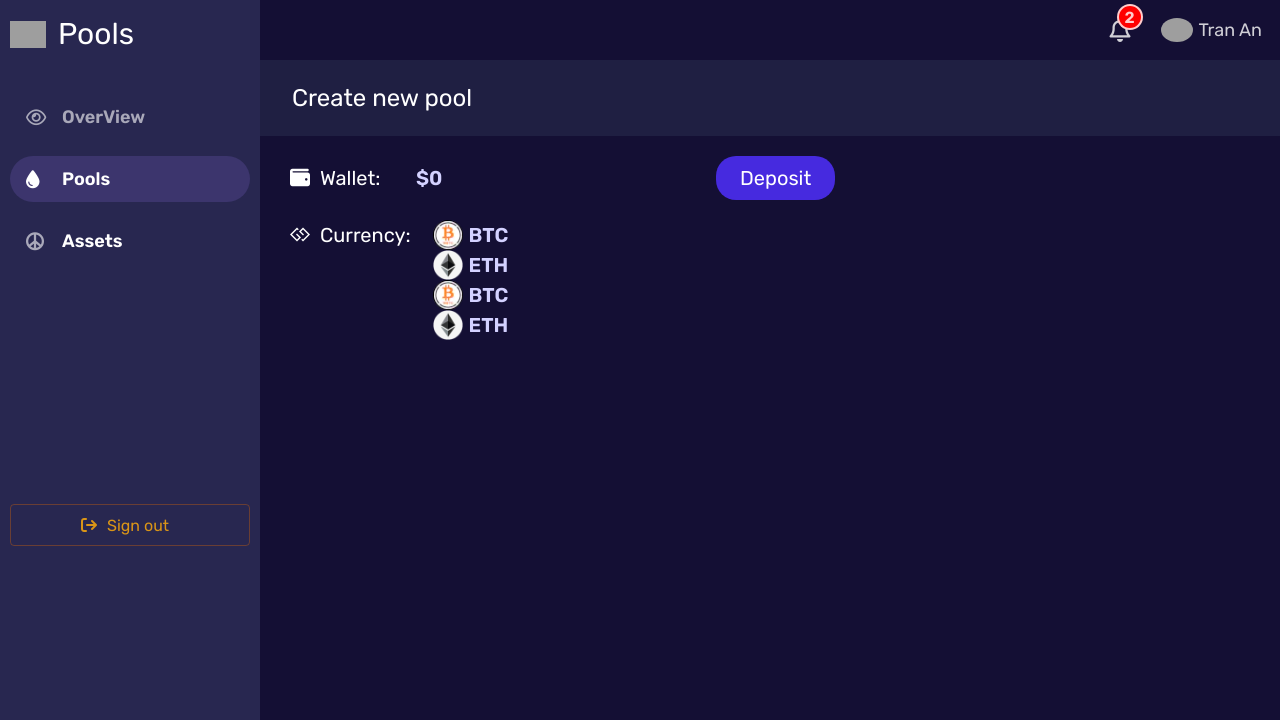
Repository: quynh232000/pools
Page: pool/create-pool.html
The author's editor kept a copy of each file at every save. The page is drawn from the files as they stood at one save, then again after the next save.
The browser window is 1280 px wide. The pictures show the whole page.
Pictures or frames that could not be fetched are drawn as grey boxes.

Above is the page before, as saved 2023-07-14 00:35:23.

### pool/create-pool.html
<!DOCTYPE html>
<html lang="en">
  <head>
    <meta charset="UTF-8" />
    <meta name="viewport" content="width=device-width, initial-scale=1.0" />
    <title>Create Pool</title>

    <link rel="stylesheet" href="../src/css/base.css" />
    <link rel="stylesheet" href="../src/css/style.css" />
    <link rel="stylesheet" href="../src/css/pool.css" />
    <link rel="stylesheet" href="../src/css/create-pool.css" />
    <link
      rel="stylesheet"
      href="https://cdnjs.cloudflare.com/ajax/libs/font-awesome/6.4.0/css/all.min.css"
      integrity="sha512-iecdLmaskl7CVkqkXNQ/ZH/XLlvWZOJyj7Yy7tcenmpD1ypASozpmT/E0iPtmFIB46ZmdtAc9eNBvH0H/ZpiBw=="
      crossorigin="anonymous"
      referrerpolicy="no-referrer"
    />
  </head>
  <body>
    <div class="container">
      <div class="sidebar">
        <div class="sidebar-logo">
          <img src="https://sef-eco.vercel.app/assets/images/logo.png" alt="" />
          <span>Pools</span>
        </div>
        <div class="sidebar-items">
          <div class="sidebar-list">
            <div class="sidebar-item">
              <i class="fa-regular fa-eye"></i>
              <div class="sidebar-item-name">OverView</div>
            </div>
            <div class="sidebar-item sidebar-item-active">
              <i class="fa-solid fa-droplet"></i>
              <a href="/pool.html" class="sidebar-item-name">Pools</a>
            </div>
            <div class="sidebar-item">
              <i class="fa-solid fa-peace"></i>
              <a href="/index.html" class="sidebar-item-name">Assets</a>
            </div>
          </div>

          <div class="sidebar-sign-out">
            <i class="fa-solid fa-arrow-right-from-bracket"></i>
            <div class="sidebar-item-name">Sign out</div>
          </div>
        </div>
      </div>
      <div class="content">
        <div class="header">
          <div class="header-noti">
            <i class="fa-regular fa-bell"></i>
            <div class="header-noti-count">2</div>
          </div>
          <div class="header-user">
            <img
              src="https://static.vecteezy.com/system/resources/previews/002/002/257/original/beautiful-woman-avatar-character-icon-free-vector.jpg"
              alt=""
            />
            <div class="header-user-name">Tran An</div>
          </div>
        </div>
        <!-- body -->
        <div class="content-title">Create new pool</div>
        <div class="create-body">
          <div class="create-item">
            <i class="fa-solid fa-wallet"></i>
            <div class="create-item-title">Wallet:</div>
            <span>$0</span>
            <div class="create-btn">Deposit</div>
          </div>
          <div class="create-item">
            <i class="fa-brands fa-gg"></i>
            <div class="create-item-title">Currency:</div>
            <div class="create-select-type-money">
              <div class="type-money-item">
                <img src="../src/img/btc.png" alt="" />
                <div class="type-money-name">BTC</div>
              </div>
              <div class="type-money-more">
                <div class="type-money-item">
                  <img src="../src/img/eth.png" alt="" />
                  <div class="type-money-name">ETH</div>
                </div>
                <div class="type-money-item">
                  <img src="../src/img/btc.png" alt="" />
                  <div class="type-money-name">BTC</div>
                </div>
                <div class="type-money-item">
                  <img src="../src/img/eth.png" alt="" />
                  <div class="type-money-name">ETH</div>
                </div>
              </div>
            </div>
          </div>
        </div>
      </div>
    </div>
  </body>
</html>

### src/css/base.css
@import url('https://fonts.googleapis.com/css2?family=Rubik:wght@300;400;500;600;700&display=swap');
 :root{
    --primary-color:#fff;
    --text-color:#fff;
    --text-1-color:rgb(211, 209, 255);
    --bg-color:#140f34;
    --bg-item-color:#282750;

 }
*{
    box-sizing: inherit;
}
html,body{
    box-sizing: border-box;
    margin: 0;
    padding: 0;
    font-family: 'Rubik', sans-serif;
    color: var(--text-color);
}
a{
    color: white;
    text-decoration: none;
}

### src/css/style.css
.container{
    width: 100%;
    min-height: 100vh;
    background-color: var(--bg-color);
    display: flex;
}
.sidebar{
    width: 20%;
    min-width: 260px;
    max-width: 400px;
    display: flex;
    flex-direction: column;
    min-height: 100vh;
    background-color: var(--bg-item-color);
}
.sidebar-logo{
    display: flex;
    width: 100%;
    align-items: center;
    padding: 16px 10px;
}
.sidebar-logo img{
    width: 15%;
}
.sidebar-logo span{
    font-size: 30px;
    color: var(--primary-color);
    margin-left: 12px;

}
.sidebar-items{
    padding: 26px 10px;
    display: flex;
    flex-direction: column;
    justify-content: space-between;
    min-height: 70vh;
}
.sidebar-list{

}
.sidebar-item{
    font-size: 18px;
    display: flex;
    align-items: center;
    padding: 12px 16px;
    border-radius: 40px;
    color: rgb(255 255 255/.6);
    margin-bottom: 16px;
    font-weight: 600;
    transition: color .3s;
}
.sidebar-item:hover{
    cursor: pointer;
    color: rgb(255 255 255/.8);
}
.sidebar-item-active{
    background-color:#3c356d ;
    color: var(--text-color);
}
.sidebar-item i{
    min-width: 36px;
}
.sidebar-sign-out{
    display: flex;
    align-items: center;
    color: rgb(218, 149, 23);
    text-align: center;
    border: 1px solid rgba(202, 98, 12,.4);
    justify-content: center;
    padding-right: 10px;
    border-radius: 4px;
    transition: color border .3s;
}
.sidebar-sign-out:hover{
    cursor: pointer;
    color: rgb(253, 166, 5);
    border: 1px solid rgba(202, 98, 12,.5);
}
.sidebar-sign-out i{
    margin-right: 10px;
    padding: 12px 0;
}

.content{
    width: 85%;
    min-height: 100vh;
    /* background-color: var(--bg-color); */
}
.header{
    display: flex;
    justify-content: flex-end;
    padding: 18px;
    color: rgb(255 255 255/.8);
    align-items: center;
}
.header-user{
    display: flex;
    align-items: center;
    font-size: 18px;

}
.header-user img {
    width: 32px;
    border-radius: 50%;
    margin-right: 6px;
}
.header-noti{
    display: flex;
    margin-right: 30px;
    font-size: 20px;
    position: relative;
    font-size: 24px;
}
.header-noti-count{
    width: 26px;
    height: 26px;
    position: absolute;
    top: -14px;
    left: 7px;
    border: 2px solid  rgb(255 255 255/.8);
    text-align: center;
    border-radius: 50%;
    font-size: 16px;
    display: flex;
    align-items: center;
    justify-content: center;
    background-color: var(--bg-color);
    background-color: red;
    font-weight: 600;

}
.content-title{
    background-color: #1f1f42;
    padding: 24px 32px;
    font-size: 24px;
}
.content-list{
    display: flex;
    flex-direction: column;
    align-items: center;
    padding: 0 40px;
}
.content-list-body{
    width: 100%;
    margin-top: 20px;

}
.content-nav{
    width: 100%;
    display: flex;
    justify-content: space-between;
    padding: 12px 26px;
    margin: 10px 0;
    transition: background-color .2s ;
}
.content-nav:hover{
    background-color: #2d2d44;
}
.nav-left{
    width: 50%;
    display: flex;
    align-items: center;
    justify-content: space-between;
    font-size: 22px;

}
.nav-left-info{
    display: flex;
    align-items: center;
}
.nav-left-info img{
    width: 32px;
    margin-right: 8px;
}
.nav-left-name{
    font-size: 22px;
}
.nav-left-balance{
    display: flex;
    flex-direction: column;
    align-items: center;
    flex: 1;
}
.nav-left-balance span:nth-child(2){
    font-size: 20px;
    color: #a8a8a8;
}


.nav-right{
    width: 40%;
    display: flex;
    justify-content: space-between;
    align-items: center;
    color: #b3b1fd;
}
.nav-right span{
    transition: color .3s;
}
.nav-right span i{
    font-size: 16px !important;
    margin-left: 4px;
}
.nav-right span:hover{
    color:#f8c2b0;
    cursor: pointer;
}
.nav-text{
    color: #b3b1fd;
    font-size: 20px;
}
.nav-right .nav-tex:hover{
    color: #b3b1fd !important;
    cursor: no-drop;
}

### src/css/pool.css
.p-content-body{
    width: 100%;
    display: flex;
    flex-wrap: wrap;
    padding: 20px 10px;
}
.content-item-wrapper{
    width: 33.333%;
    padding: 10px ;
}
.p-content-item{
    border-radius: 6px;
    background-color: var(--bg-item-color);
    padding: 14px;
    transition: background-color .3s ease;
}
.p-content-item:hover{
    background-color: #2e2e60;
}
.p-content-item-top{
    display: flex;
    align-items:flex-start;

}
.p-content-item-img{
    margin-right: 6px;
}
.p-content-item-top-info{
    display: flex;
    flex-direction: column;
}
.p-content-item-top-info span{
    padding-top: 4px;
}
.p-content-item-top-info p{
    margin: 4px 0 10px 0;
    color: #a7a3a3;
}
.p-content-item-bottom{
    display: flex;
}
.p-item-type{
    margin-right: 10px;
    padding: 0 8px;
    text-align: center;
}
.p-item-type:first-child{
    border-right: 1px solid gray;
    padding-right: 16px;
}
.p-item-type span{
    font-size: 14px;
    color: #a7a3a3;
    /* font-weight: 600; */
}
.p-item-type p{
    margin: 0;
}
.add-pool{
    display: flex;
    flex-direction: column;
    align-items: center;
    font-size: 20px;
    min-height: 122px;
    justify-content: center;
}
.add-pool i{
    font-size: 26px;
    margin-bottom: 6px;
}

### src/css/create-pool.css
.create-body{
    width: 100%;
    display: flex;
    flex-direction: column;
    padding: 20px 30px;
}
.create-item{
    display: flex;
    font-size: 20px;
    align-items: center;
    margin-bottom: 20px;
}
.create-item-title{
    margin: 0 16px 0 10px;
    min-width: 80px;

}
.create-item span{
    color: var(--text-1-color);
    min-width: 300px;
    font-weight: 600;
}
.create-btn{
    background-color: rgb(70, 42, 223);
    padding: 10px 24px;
    border-radius: 20px;
    display: flex;
    justify-content: center;
    align-items: center;
    transition: background-color .3s ease;
}
.create-btn:hover{
    background-color: #6a67ea;
    cursor: pointer;
}
.create-select-type-money{
    position: relative;
    margin-left: 6px;
}
.type-money-item{
    display: flex;
    align-items: center;
}
.type-money-item img{
    width: 30px;
    height: 30px;
    object-fit: cover;
    margin-right: 6px;
}
.type-money-name{
    color: var(--text-1-color);
    font-weight: 600;
}
.type-money-more{
    position: absolute;
}

After the next save:
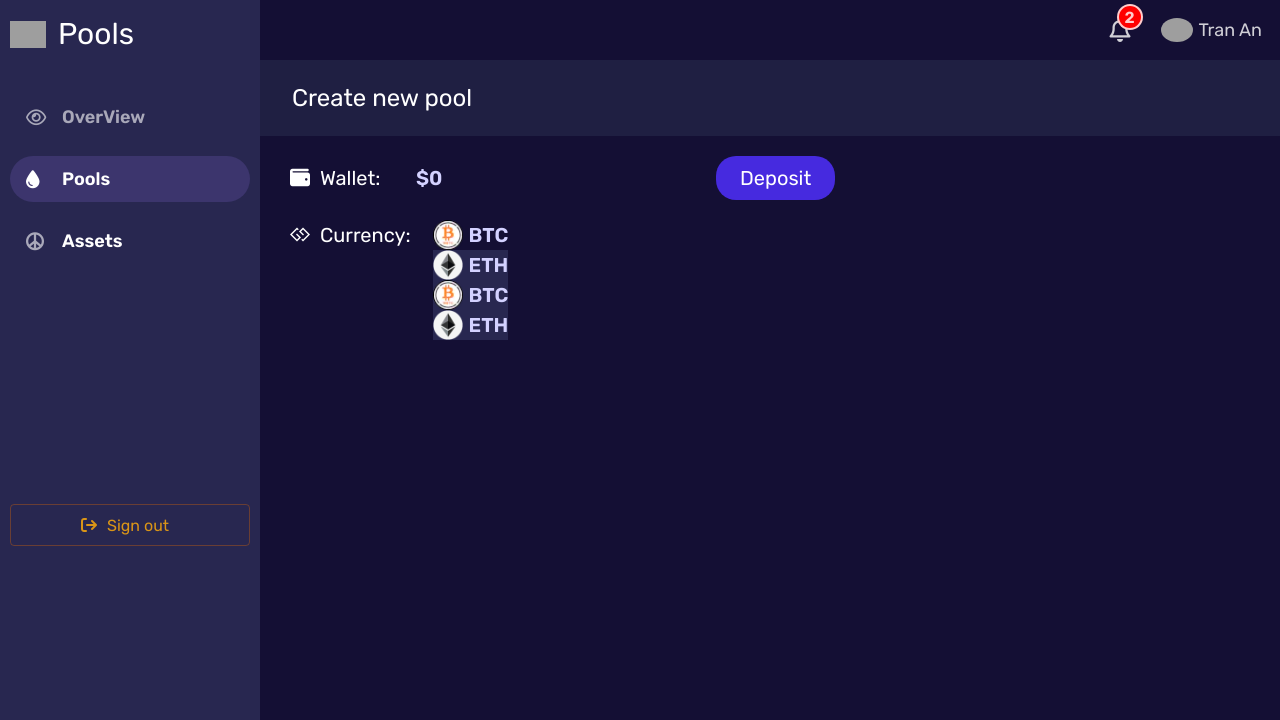
Saved 20 s later.
--- a/src/css/create-pool.css
+++ b/src/css/create-pool.css
@@ -53,4 +53,5 @@
 }
 .type-money-more{
     position: absolute;
+    background-color: var(--bg-item-color);
 }
